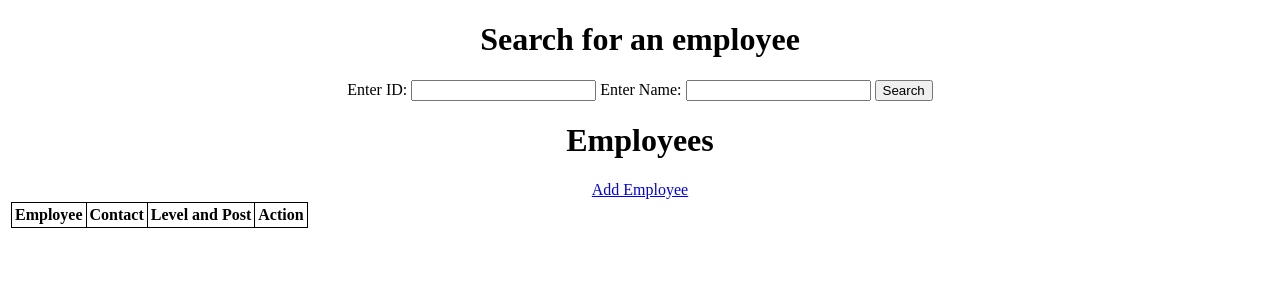
Repository: P9-Analyst-Java/employee-management-abhishekdatta12
Page: http://localhost/spring-expense-tracker/WEB-INF/views/home.jsp
An editor plug-in stored every save of this project. The page is shown before and after the next save, followed by the edit.
The browser window is 1280 px wide. The pictures show the whole page.
The page is served by Tomcat 9. Nobody is signed in. The template is opened directly, without the code that normally fills it, so the values that code supplies are empty.

Above is the page before, as saved 2023-02-21 05:13:22.

After the next save:
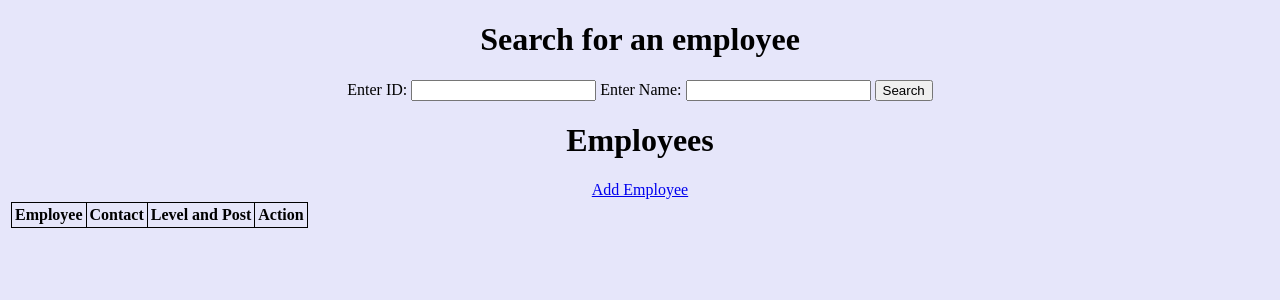
Saved 67 s later.
--- a/spring-portal/spring-expense-tracker/src/main/webapp/WEB-INF/views/home.jsp
+++ b/spring-portal/spring-expense-tracker/src/main/webapp/WEB-INF/views/home.jsp
@@ -9,6 +9,7 @@
 <style type="text/css">
 body{
 	text-align: center;
+	background-color: lavender;
 }
 div{
 	text-align: center;
